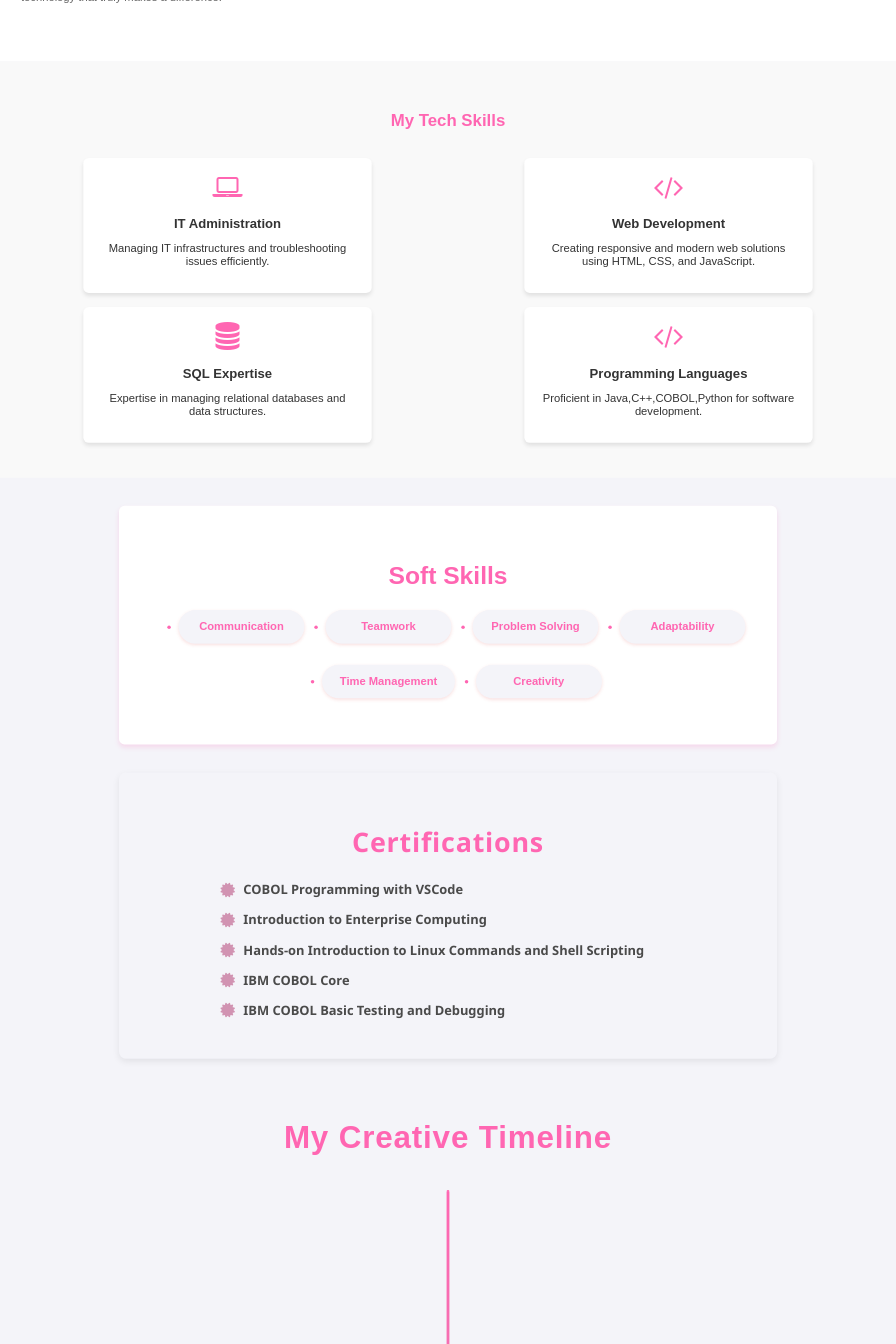
Repository: asandan8106/Asanda-sPortfolio
Page: Portfolio/About.html
These files come from the project's save history. The page is drawn as it stood at one moment and after the next save; the edit follows.
The browser window is 1280 px wide. The pictures show the part of the page from y = 792 to 2712 px (the page is 3830 px tall), at 70% of full size.

Above is the page before, as saved 2025-05-19 12:05:25.
Console error: SyntaxError: Unexpected end of input

### Portfolio/About.html
<!DOCTYPE html>
<html lang="en">
<head>
    <meta charset="UTF-8">
    <meta name="viewport" content="width=device-width, initial-scale=1.0">
    <title>Portfolio - About</title>
    <link rel="stylesheet" href="https://cdnjs.cloudflare.com/ajax/libs/font-awesome/4.7.0/css/font-awesome.min.css">
       <link rel="stylesheet" href="styles/CSS/about.css" />
</head>
<body>
    <link href="https://fonts.googleapis.com/css2?family=Fira+Code&display=swap" rel="stylesheet">

    <!-- Navigation Bar -->
    <header>
        <nav class="navbar">
            <div class="icon-bar">
                <a href="index.html"><i class="fa fa-home"></i><span>Home</span></a>
                <a href="About.html"><i class="fa fa-user"></i><span>About</span></a>
                <a href="project.html"><i class="fa fa-folder"></i><span>Projects</span></a>
                <a href="contact.html"><i class="fa fa-envelope"></i><span>Contact</span></a>
                <a href="chatbot.html"><i class="fa fa-wechat"></i><span>Chatbot</span></a>
            </div>
        </nav>
    </header>


    <!-- Hero Section -->
    <section class="hero-section">
        <div class="text">
            <h1>Welcome to My About Page</h1>
            <p>Discover more about my journey, skills, and experiences as a dedicated IT professional.</p>
        </div>
        <img src="images/picture.webp" alt="Your Photo">
    </section>

    <!-- About Section -->
    <section class="about-section">
        <div class="content">
            <h2>Profile Summary</h2>
            <p>
               Technology has never been just a job for me—it’s a playground where I get to transform complex challenges into practical solutions that genuinely make life easier. I thrive on crafting systems that aren’t just efficient and reliable but intuitive enough to simplify the everyday for users. A recent project I’m proud of is a payroll system that effortlessly handles everything from salary calculations to tax deductions, freeing businesses from tedious manual work and helping them run smoother. I’m detail-driven but always keep the bigger picture in mind, making sure every piece fits perfectly together—solid in its foundation and seamless in its experience. After all, debugging is just like being a detective in a crime movie where you are also the murderer! It’s this balance that fuels my passion and keeps me motivated to create technology that truly makes a difference.


            </p>
        </div>
        <div class="highlights">
            <h2>Key Highlights</h2>
            <ul>
                <li><i class="fa fa-check-circle"></i>Turning tech headaches into smooth experiences..</li>
                <li><i class="fa fa-check-circle"></i> Built systems that actually make life easier (ask my payroll project)...</li>
                <li><i class="fa fa-check-circle"></i> Tech that works, not just looks good.</li>
            </ul>
        </div>
    </section>

    <!-- Skills Section -->
    <section class="skills-section">
        <h2>My Tech Skills</h2>
        <div class="skills-container">
            <div class="skill-card">
                <div class="icon"><i class="fa fa-laptop"></i></div>
                <h3>IT Administration</h3>
                <p>Managing IT infrastructures and troubleshooting issues efficiently.</p>
            </div>
            <div class="skill-card">
                <div class="icon"><i class="fa fa-code"></i></div>
                <h3>Web Development</h3>
                <p>Creating responsive and modern web solutions using HTML, CSS, and JavaScript.</p>
            </div>
            <div class="skill-card">
                <div class="icon"><i class="fa fa-database"></i></div>
                <h3>SQL Expertise</h3>
                <p>Expertise in managing relational databases and data structures.</p>
            </div>
            <div class="skill-card">
                <div class="icon"><i class="fa fa-code"></i></div>
                <h3>Programming Languages</h3>
                <p>Proficient in Java,C++,COBOL,Python for software development.</p>
            </div>
        </div>
    </section>
<section class="soft-skills-section">
    <h2>Soft Skills</h2>
    <ul class="soft-skills-list">
        <li>Communication</li>
        <li>Teamwork</li>
        <li>Problem Solving</li>
        <li>Adaptability</li>
        <li>Time Management</li>
        <li>Creativity</li>
    </ul>
</section>
<section class="certification-section" aria-label="Certifications">
  <h2>Certifications</h2>
  <ul class="certification-list">
    <li class="cert-item">
      <i class="fa fa-certificate" aria-hidden="true"></i>
      <a href="https://www.credly.com/badges/4c66f79b-ba31-44de-8d69-b57a3cbdc68f/linked_in_profile"
         target="_blank" rel="noopener noreferrer"
         title="View COBOL Programming with VSCode Certification">
         COBOL Programming with VSCode
      </a>
    </li>
    <li class="cert-item">
      <i class="fa fa-certificate" aria-hidden="true"></i>
      <a href="https://www.coursera.org/account/accomplishments/verify/8TMCOO9QFN47"
         target="_blank" rel="noopener noreferrer"
         title="View Introduction to Enterprise Computing Certification">
         Introduction to Enterprise Computing
      </a>
    </li>
    <li class="cert-item">
      <i class="fa fa-certificate" aria-hidden="true"></i>
      <a href="https://www.credly.com/badges/31d8a5a7-f87c-4acf-a509-039343c42ad2/linked_in_profile"
         target="_blank" rel="noopener noreferrer"
         title="View Hands-on Introduction to Linux Commands and Shell Scripting Certification">
         Hands-on Introduction to Linux Commands and Shell Scripting
      </a>
    </li>
    <li class="cert-item">
      <i class="fa fa-certificate" aria-hidden="true"></i>
      <a href="https://www.coursera.org/account/accomplishments/verify/7HGLX49AV1LQ"
         target="_blank" rel="noopener noreferrer"
         title="View IBM COBOL Core Certification">
         IBM COBOL Core
      </a>
    </li>
    <li class="cert-item">
      <i class="fa fa-certificate" aria-hidden="true"></i>
      <a href="https://www.coursera.org/account/accomplishments/verify/7KDKOBWAL0O5"
         target="_blank" rel="noopener noreferrer"
         title="View IBM COBOL Basic Testing and Debugging Certification">
         IBM COBOL Basic Testing and Debugging
      </a>
    </li>
  </ul>
</section>

 <section class="timeline-container">
    <h1 class="section-title"> My Creative Timeline</h1>
    <div class="timeline">

      <div class="timeline-item left">
        <div class="timeline-content">
          <span class="date">2024 - Present</span>
          <h3>💼 COBOL Developer</h3>
          <p>Internship @ CAPACITI - working on payroll systems and legacy modernization.</p>
        </div>
      </div>

      <div class="timeline-item right">
        <div class="timeline-content">
          <span class="date">2024 - Present</span>
          <h3>🎓 Honors in IT</h3>
          <p>Postgrad at Richfield Graduate Institute of Technology.</p>
        </div>
      </div>

      <div class="timeline-item left">
        <div class="timeline-content">
          <span class="date">2022 - 2024</span>
          <h3>🤝 Volunteer Web Developer</h3>
          <p>Contributed IT support and dev for Growth Organization.</p>
        </div>
      </div>

      <div class="timeline-item right">
        <div class="timeline-content">
          <span class="date">2021 - 2024</span>
          <h3>🎓 BSc in Information Technology</h3>
          <p>Specialized in Systems Engineering @ Richfield Institute.</p>
        </div>
      </div>

      <div class="timeline-item left">
        <div class="timeline-content">
          <span class="date">High School</span>
          <h3>🖥️ First Programming Experience</h3>
          <p>Started with Delphi & learned basic programming concepts.</p>
        </div>
      </div>

    </div>
  </section>

    <button id="back-to-top" aria-label="Back to top">
    ↑
</button>


</section>
 <!-- Footer -->
    <footer>
        <p>&copy; 2024 Asanda Ngwenya. All Rights Reserved.</p>
        <p>Connect with me on
            <a href="https://www.linkedin.com/" target="_blank">LinkedIn</a>,
            <a href="https://twitter.com/" target="_blank">Twitter</a>, and
            <a href="https://www.instagram.com/" target="_blank">Instagram</a>.
        </p>
    </footer>
        <script src="Javascript/animation.js"></script>
</body>
</html>

### Portfolio/styles/CSS/about.css
body {
    font-family: 'Arial', sans-serif;
    margin: 0;
    padding: 0;
    color: #333;
    background-color: #f4f4f9;
}

h1, h2 {
    color: #ff66b2;
}

a {
    text-decoration: none;
}

/* Navigation Bar */
.navbar {
    display: flex;
    justify-content: center;
    align-items: center;
    background: #fff;
    position: fixed;
    top: 0;
    width: 100%;
    height: 60px;
    z-index: 100;
    box-shadow: 0px 2px 10px rgba(0, 0, 0, 0.5);
}

.navbar .icon-bar {
    display: flex;
    gap: 25px;
}

.navbar .icon-bar a {
    text-decoration: none;
    color: rgba(0, 0, 0, 0.5);
    font-size: 18px;
    font-weight: bold;
    display: flex;
    align-items: center;
    transition: color 0.3s, background 0.3s;
    padding: 8px 15px;
    border-radius: 5px;
}

.navbar .icon-bar a i {
    margin-right: 8px;
}

.navbar .icon-bar a:hover {
    color: #d62828;
    background: rgba(255, 255, 255, 0.2);
}

.navbar .icon-bar a span {
    display: inline-block;
}

.navbar-right a:hover {
    color: #ff66b2;
}

/* Hero Section */
.hero-section {
    display: flex;
    justify-content: center;
    align-items: center;
    background: url('https://via.placeholder.com/1500x500') no-repeat center center/cover;
    color: white;
    padding: 100px 20px;
}

.hero-section .text {
    text-align: center;
    margin-right: 30px;
}

.hero-section h1 {
    font-size: 48px;
    margin-bottom: 20px;
    animation: fadeIn 1s ease-out;
}

.hero-section p {
    font-size: 20px;
    line-height: 1.6;
    max-width: 800px;
    margin: 0 auto;
    animation: fadeIn 1.5s ease-out;
    color: #333;
}

.hero-section img {
    border-radius: 50%;
    width: 150px;
    height: 150px;
    object-fit: cover;
    border: 4px solid #ff66b2;
}

/* About Section */
.about-section {
    display: flex;
    flex-wrap: wrap;
    justify-content: space-around;
    padding: 50px 20px;
    background-color: white;
    animation: fadeIn 2s ease-out;
}

.about-section .content, .about-section .highlights {
    flex: 1 1 45%;
    margin: 10px;
}

.about-section .content h2, .about-section .highlights h2 {
    margin-bottom: 20px;
}

.about-section .content p {
    color: #666;
    line-height: 1.8;
}

.about-section .highlights ul {
    list-style: none;
    padding: 0;
}

.about-section .highlights ul li {
    margin: 10px 0;
    color: #666;
}

.about-section .highlights ul li i {
    color: #ff66b2;
    margin-right: 10px;
}

/* Skills Section */
.skills-section {
    padding: 50px 20px;
    background-color: #f9f9f9;
    text-align: center;
}

.skills-section h2 {
    margin-bottom: 40px;
    animation: fadeIn 2s ease-out;
}

.skills-container {
    display: flex;
    justify-content: space-around;
    flex-wrap: wrap;
    gap: 20px;
}

.skill-card {
    background-color: white;
    padding: 20px;
    border-radius: 8px;
    box-shadow: 0 4px 6px rgba(0, 0, 0, 0.1);
    transition: transform 0.3s ease, box-shadow 0.3s ease;
    width: 30%;
    animation: fadeIn 2.5s ease-out;
}

.skill-card:hover {
    transform: translateY(-10px);
    box-shadow: 0 8px 15px rgba(0, 0, 0, 0.2);
}

.skill-card .icon {
    font-size: 40px;
    color: #ff66b2;
    margin-bottom: 15px;
    animation: iconBounce 1s infinite ease-in-out;
}

.skill-card h3 {
    margin-bottom: 10px;
}

/* Soft Skills Section */
.soft-skills-section {
    padding: 50px 20px;
    background-color: #fff;
    max-width: 900px;
    margin: 40px auto;
    border-radius: 8px;
    box-shadow: 0 4px 8px rgba(255, 102, 178, 0.2);
    color: #333;
    text-align: center;
}

.soft-skills-section h2 {
    color: #ff66b2;
    font-size: 2.2rem;
    margin-bottom: 30px;
    font-weight: bold;
    font-family: 'Arial', sans-serif;
}

.soft-skills-list {
    display: flex;
    flex-wrap: wrap;
    justify-content: center;
    gap: 30px;
}

.soft-skills-list li {
    background-color: #f4f4f9;
    padding: 15px 25px;
    border-radius: 25px;
    font-weight: 600;
    color: #ff66b2;
    box-shadow: 0 2px 5px rgba(214, 40, 40, 0.15);
    min-width: 130px;
    transition: background-color 0.3s ease, color 0.3s ease;
    cursor: default;
}

.soft-skills-list li:hover {
    background-color: #ff66b2;
    color: white;
    box-shadow: 0 4px 12px rgba(255, 102, 178, 0.6);
}

/* Certification Section */
.certification-section {
    padding: 40px 20px;
    background-color: #f4f4f9; /* softer background */
    color: #333;
    max-width: 900px;
    margin: 40px auto;
    border-radius: 10px;
    box-shadow: 0 4px 10px rgba(0, 0, 0, 0.08);
    font-family: 'Segoe UI', Tahoma, Geneva, Verdana, sans-serif;
}

.certification-section h2 {
    text-align: center;
    margin-bottom: 30px;
    color: #ff66b2;
    font-size: 2.4rem;
    font-weight: 700;
    letter-spacing: 1.1px;
}

.certification-list {
    list-style: none;
    padding-left: 0;
    font-size: 1.15rem;
    max-width: 650px;
    margin: 0 auto;
}

.certification-list li {
    margin-bottom: 18px;
    display: flex;
    align-items: center;
    gap: 12px;
}

.certification-list li i {
    color: #d193b2;
    font-size: 1.5rem;
    flex-shrink: 0;
}

.certification-list a {
    color: #4a4a4a;
    text-decoration: none;
    font-weight: 600;
    transition: color 0.25s ease;
}

.certification-list a:hover,
.certification-list a:focus {
    color: #ff66b2;
    outline: none;
}

/* Responsive */
@media (max-width: 480px) {
    .certification-section {
        padding: 30px 15px;
    }

    .certification-list li {
        font-size: 1rem;
        gap: 8px;
    }

    .certification-list li i {
        font-size: 1.3rem;
    }
}

/* Timeline Section */
.timeline-container {
  max-width: 800px;
  margin: 0 auto;
  padding: 10px;
}

.section-title {
  font-family: 'Orbitron', sans-serif;
  font-weight: 600;
  font-size: 2.8rem;
  color: #ff66b2;
  text-align: center;
  margin-bottom: 50px;
  letter-spacing: 1.2px;
}

.timeline {
  position: relative;
  padding: 20px 0;
  margin: 0 auto;
  max-width: 700px;
}

/* Vertical timeline line */
.timeline::before {
  content: '';
  position: absolute;
  left: 50%;
  top: 0;
  width: 4px;
  height: 100%;
  background: linear-gradient(180deg, #ff66b2, #d193b2);
  border-radius: 4px;
  transform: translateX(-50%);
  z-index: 1;
}

/* Timeline item container */
.timeline-item {
  position: relative;
  width: 48%;
  margin-bottom: 50px;
  box-sizing: border-box;
  z-index: 2;
}

/* Left side timeline item */
.timeline-item.left {
  left: 0;
  text-align: right;
  padding-right: 30px;
}

/* Right side timeline item */
.timeline-item.right {
  left: 52%;
  text-align: left;
  padding-left: 30px;
}

/* Dot on timeline */
.timeline-item::before {
  content: '';
  position: absolute;
  top: 20px;
  width: 20px;
  height: 20px;
  background-color: #f4f4f9;
  border: 4px solid #ff66b2;
  border-radius: 50%;

  z-index: 3;
}

/* Dot position */
.timeline-item.left::before {
  right: -42px;
}

.timeline-item.right::before {
  left: -42px;
}

/* Card styling */
.timeline-content {
  background-color: white;
  border-radius: 12px;
  padding: 25px 20px;
  box-shadow:
    0 8px 20px rgba(255, 102, 178, 0.25),
    inset 0 0 12px #d193b2;
  transition: transform 0.3s ease, box-shadow 0.3s ease;
  position: relative;
  cursor: default;
}

/* Hover effect */
.timeline-content:hover {
  transform: translateY(-6px);
  box-shadow:
    0 15px 30px rgba(255, 102, 178, 0.4),
    inset 0 0 15px #ff66b2;
}

/* Date style */
.timeline-content .date {
  font-family: 'Orbitron', sans-serif;
  font-weight: 700;
  font-size: 0.9rem;
  color: #d193b2;
  letter-spacing: 2px;
  margin-bottom: 10px;
  text-transform: uppercase;
}

/* Title style */
.timeline-content h3 {
  font-size: 1.4rem;
  margin: 0 0 12px;
  color: #ff66b2;
  /* text-shadow: 0 0 5px #ff66b2; */
}

/* Description style */
.timeline-content p {
  font-size: 1rem;
  line-height: 1.5;
  color: #7b6b7e; /* soft purple-gray */
  margin: 0;
}
.timeline-item {
  opacity: 0;
  transform: translateY(30px);
  transition: opacity 0.6s ease-out, transform 0.6s ease-out;
}

.timeline-item.visible {
  opacity: 1;
  transform: translateY(0);
}


/* Responsive - stack items */
@media screen and (max-width: 768px) {
  .timeline-item,
  .timeline-item.left,
  .timeline-item.right {
    width: 100%;
    padding: 0 60px 40px 60px !important;
    text-align: left !important;
    left: 0 !important;
  }

  .timeline-item::before {
    left: 30px !important;
    right: auto !important;
  }

  .timeline::before {
    left: 30px !important;
  }
}


/* Footer */
footer {
    background-color: #333;
    color: white;
    padding: 30px 20px;
    text-align: center;
    margin-top: 50px;
}

footer p {
    margin: 5px 0;
}

footer a {
    color: #f06292;
    text-decoration: none;
    font-weight: bold;
}

footer a:hover {
    text-decoration: underline;
}

/* Back to Top */
#back-to-top {
    position: fixed;
    bottom: 30px;
    right: 30px;
    background-color: #ff66b2;
    color: white;
    border: none;
    padding: 12px 16px;
    border-radius: 50%;
    font-size: 20px;
    cursor: pointer;
    box-shadow: 0 4px 8px rgba(255, 102, 178, 0.4);
    display: none;
    z-index: 200;
    transition: background-color 0.3s ease;
}

#back-to-top:hover {
    background-color: #d62828;
}

/* Animations */
@keyframes fadeIn {
    from {
        opacity: 0;
        transform: translateY(20px);
    }
    to {
        opacity: 1;
        transform: translateY(0);
    }
}

@keyframes slideIn {
    from {
        opacity: 0;
        transform: translateX(-100%);
    }
    to {
        opacity: 1;
        transform: translateX(0);
    }
}

@keyframes iconBounce {
    0%, 100% {
        transform: scale(1);
    }
    50% {
        transform: scale(1.2);
    }
}

### Portfolio/Javascript/animation.js
document.addEventListener("DOMContentLoaded", () => {
    const options = {
   strings: [
    "I am <span class='name'>Asanda</span> Ngwenya",
    "A Software <span class='name'>Developer</span>",
    "I turn caffeine<span class='name'> into</span> code",
    "And bugs <span class='name'>into </span> features",
    "Let's create <span class='name'>something  </span>  amazing together!"
],

        typeSpeed: 50,
        backSpeed: 50,
        backDelay: 2000,
        loop: true // Keeps looping through the phrases
    };

    new Typed(".typing-effect", options);
});

const backToTopButton = document.getElementById('back-to-top');

window.addEventListener('scroll', () => {
  if (window.scrollY > 300) {
    backToTopButton.style.display = 'block';
  } else {
    backToTopButton.style.display = 'none';
  }
});

backToTopButton.addEventListener('click', () => {
  window.scrollTo({ top: 0, behavior: 'smooth' });
});

const faders = document.querySelectorAll('.fade-in-section');

const appearOptions = {
  threshold: 0.1,
  rootMargin: "0px 0px -50px 0px"
};

const appearOnScroll = new IntersectionObserver((entries, appearOnScroll) => {
  entries.forEach(entry => {
    if (entry.isIntersecting) {
      entry.target.classList.add('is-visible');
      appearOnScroll.unobserve(entry.target);
    }
  });
}, appearOptions);

faders.forEach(fader => {
  appearOnScroll.observe(fader);
});
document.addEventListener('DOMContentLoaded', function () {
  const items = document.querySelectorAll('.timeline-item');

  function revealOnScroll() {
    const triggerPoint = window.innerHeight * 0.9;

    items.forEach(item => {
      const top = item.getBoundingClientRect().top;
      if (top < triggerPoint) {
        item.classList.add('visible');
      } else {
        item.classList.remove('visible'); // Optional: remove if you want the item to stay once visible
      }
    });
  }

  window.addEventListener('scroll', revealOnScroll);
  window.addEventListener('load', revealOnScroll);

After the next save:
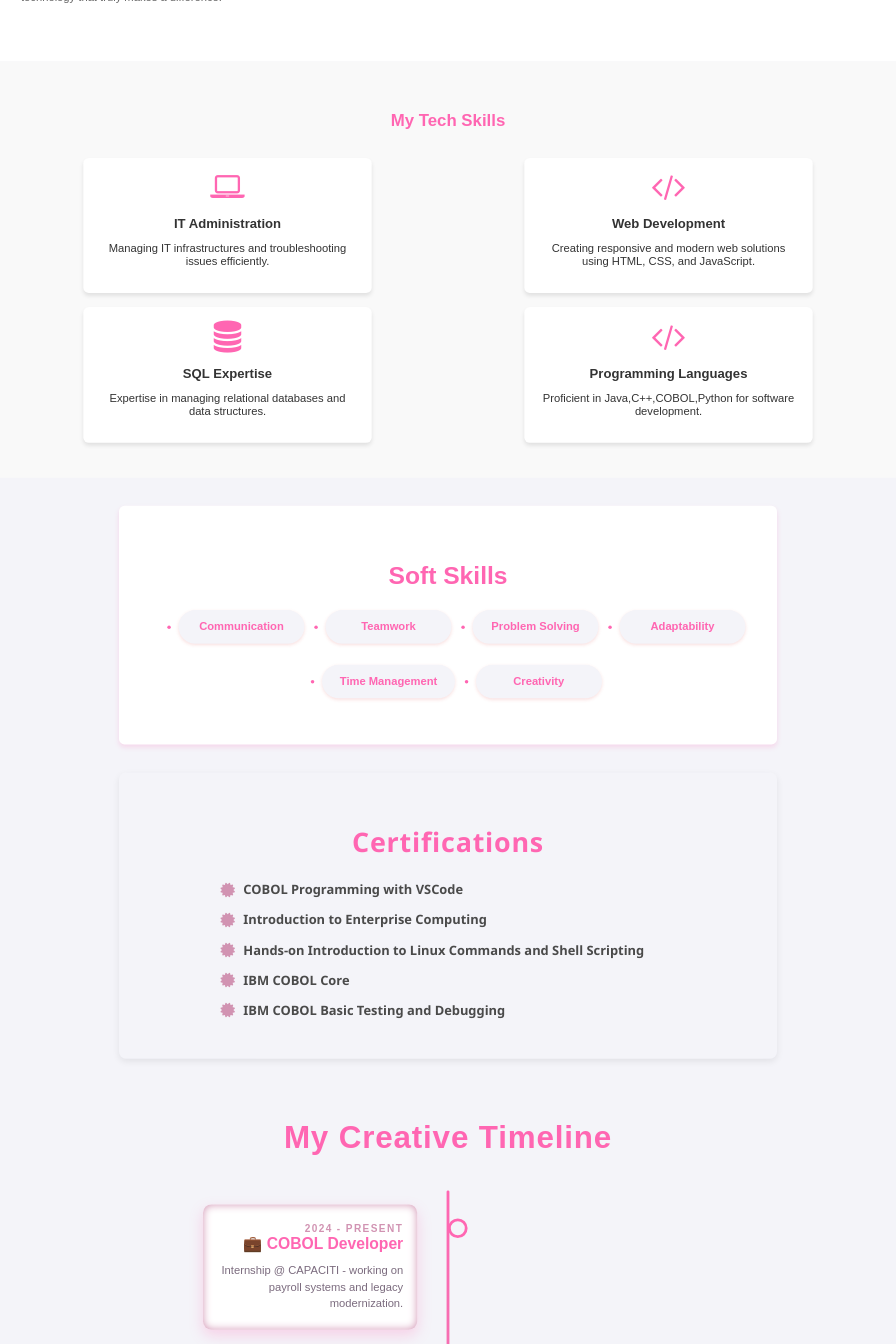
Console error: ReferenceError: Typed is not defined
Saved 7 min 42 s later.
--- a/Portfolio/Javascript/animation.js
+++ b/Portfolio/Javascript/animation.js
@@ -68,3 +68,4 @@ document.addEventListener('DOMContentLoaded', function () {
 
   window.addEventListener('scroll', revealOnScroll);
   window.addEventListener('load', revealOnScroll);
+});
